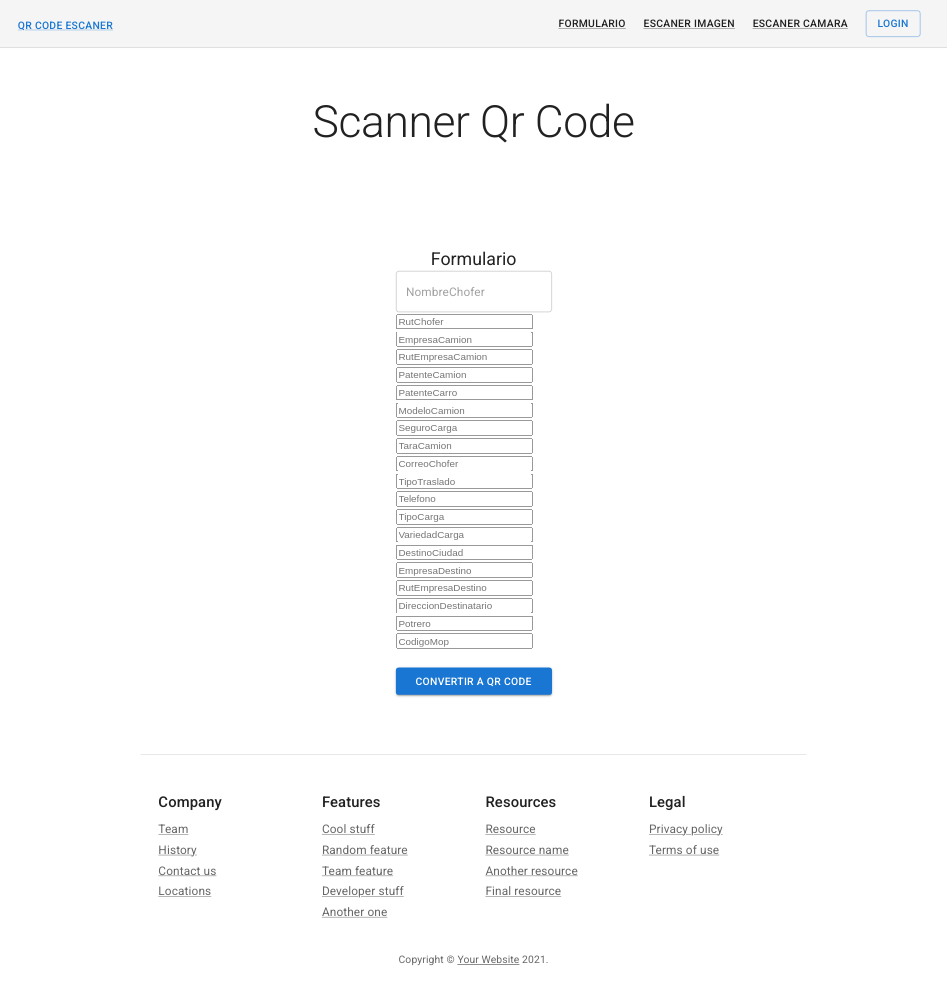
Repository: FlamesAlejandro/QrCodeForm
Page: /form
An editor plug-in stored every save of this project. The page is shown before and after a run of saves, followed by the edit.
The browser window is 1280 px wide. The pictures show the whole page, at 74% of full size.
The project was rebuilt for these pictures with package versions that can differ from the ones it lists, and the page was loaded fresh each time. Also part of the build but not shown: src/App.css, src/components/pages/ImagenEscaner.js, src/components/pages/CamaraEscaner.js, src/components/pages/Home.js.

Above is the page before, as saved 2021-10-24 08:00:49.

After the next 3 saves:
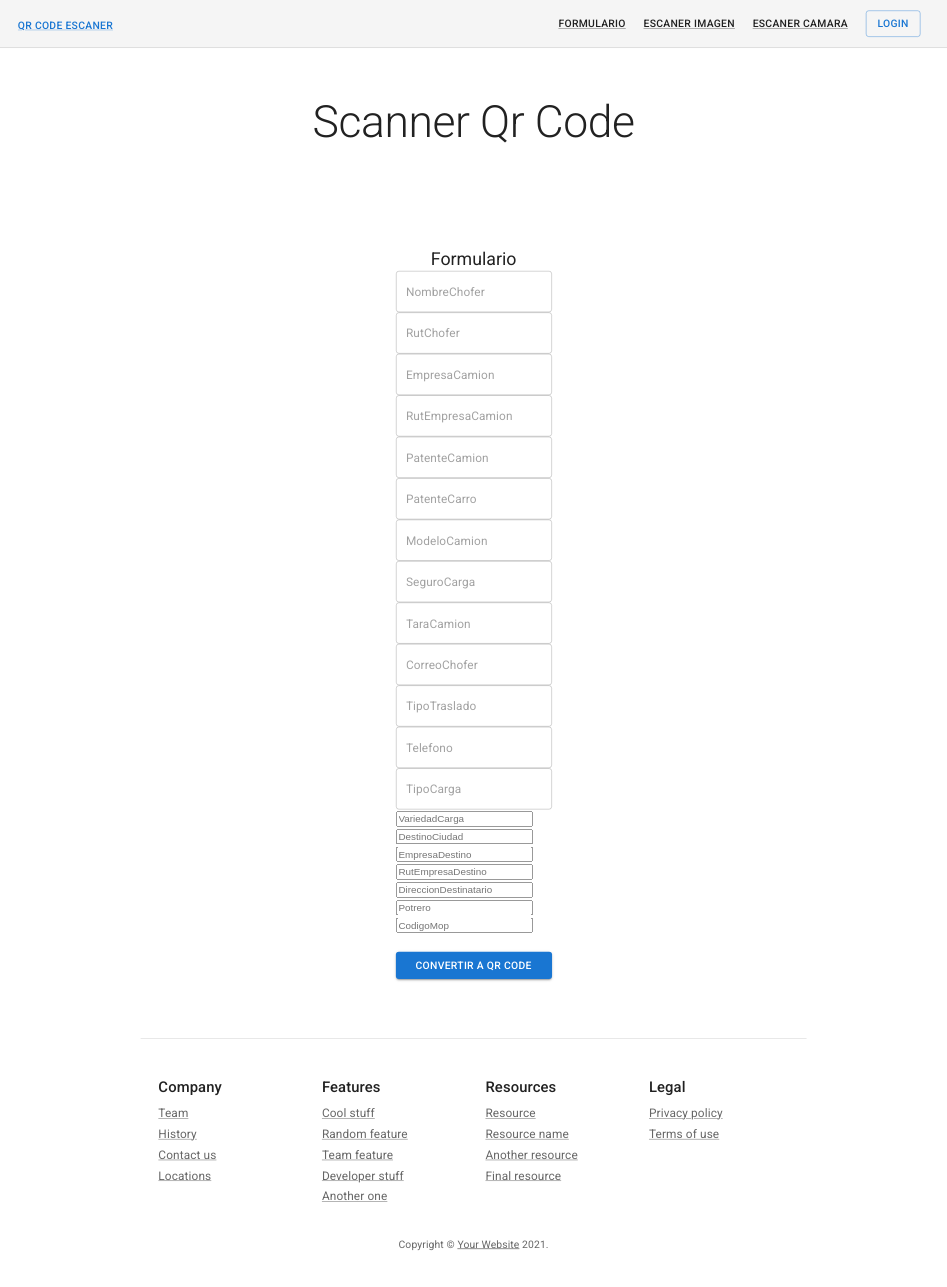
The 3 saves are shown as one change because 1 did not build or start and some came seconds apart.
The last was saved 41 s later.
--- a/src/components/pages/Form.js
+++ b/src/components/pages/Form.js
@@ -50,40 +50,40 @@ export const Form = () => {
                         <TextField type="text" placeholder="NombreChofer" {...register("NombreChofer", {})} />
                     </Grid>
                     <Grid item xs={12} sm={6}>
-                        <input type="text" placeholder="RutChofer" {...register("RutChofer", {})} />
-                    </Grid>
-                    <Grid item xs={12} sm={6}>
-                        <input type="text" placeholder="EmpresaCamion" {...register("EmpresaCamion", {})} />
-                    </Grid>
-                    <Grid item xs={12} sm={6}>
-                        <input type="text" placeholder="RutEmpresaCamion" {...register("RutEmpresaCamion", {})} />
-                    </Grid>
-                    <Grid item xs={12} sm={6}>
-                        <input type="text" placeholder="PatenteCamion" {...register("PatenteCamion", {})} />
-                    </Grid>
-                    <Grid item xs={12} sm={6}>
-                        <input type="text" placeholder="PatenteCarro" {...register("PatenteCarro", {})} />
-                    </Grid>
-                    <Grid item xs={12} sm={6}>
-                        <input type="text" placeholder="ModeloCamion" {...register("ModeloCamion", {})} />
-                    </Grid>
-                    <Grid item xs={12} sm={6}>
-                        <input type="text" placeholder="SeguroCarga" {...register("SeguroCarga", {})} />
-                    </Grid>
-                    <Grid item xs={12} sm={6}>
-                        <input type="text" placeholder="TaraCamion" {...register("TaraCamion", {})} />
-                    </Grid>
-                    <Grid item xs={12} sm={6}>
-                        <input type="text" placeholder="CorreoChofer" {...register("CorreoChofer", {})} />
-                    </Grid>
-                    <Grid item xs={12} sm={6}>
-                        <input type="text" placeholder="TipoTraslado" {...register("TipoTraslado", {})} />
-                    </Grid>
-                    <Grid item xs={12} sm={6}>
-                        <input type="text" placeholder="Telefono" {...register("Telefono", {})} />
-                    </Grid>
-                    <Grid item xs={12} sm={6}>
-                        <input type="text" placeholder="TipoCarga" {...register("TipoCarga", {})} />
+                        <TextField type="text" placeholder="RutChofer" {...register("RutChofer", {})} />
+                    </Grid>
+                    <Grid item xs={12} sm={6}>
+                        <TextField type="text" placeholder="EmpresaCamion" {...register("EmpresaCamion", {})} />
+                    </Grid>
+                    <Grid item xs={12} sm={6}>
+                        <TextField type="text" placeholder="RutEmpresaCamion" {...register("RutEmpresaCamion", {})} />
+                    </Grid>
+                    <Grid item xs={12} sm={6}>
+                        <TextField type="text" placeholder="PatenteCamion" {...register("PatenteCamion", {})} />
+                    </Grid>
+                    <Grid item xs={12} sm={6}>
+                        <TextField type="text" placeholder="PatenteCarro" {...register("PatenteCarro", {})} />
+                    </Grid>
+                    <Grid item xs={12} sm={6}>
+                        <TextField type="text" placeholder="ModeloCamion" {...register("ModeloCamion", {})} />
+                    </Grid>
+                    <Grid item xs={12} sm={6}>
+                        <TextField type="text" placeholder="SeguroCarga" {...register("SeguroCarga", {})} />
+                    </Grid>
+                    <Grid item xs={12} sm={6}>
+                        <TextField type="text" placeholder="TaraCamion" {...register("TaraCamion", {})} />
+                    </Grid>
+                    <Grid item xs={12} sm={6}>
+                        <TextField type="text" placeholder="CorreoChofer" {...register("CorreoChofer", {})} />
+                    </Grid>
+                    <Grid item xs={12} sm={6}>
+                        <TextField type="text" placeholder="TipoTraslado" {...register("TipoTraslado", {})} />
+                    </Grid>
+                    <Grid item xs={12} sm={6}>
+                        <TextField type="text" placeholder="Telefono" {...register("Telefono", {})} />
+                    </Grid>
+                    <Grid item xs={12} sm={6}>
+                        <TextField type="text" placeholder="TipoCarga" {...register("TipoCarga", {})} />
                     </Grid>
                     <Grid item xs={12} sm={6}>
                         <input type="text" placeholder="VariedadCarga" {...register("VariedadCarga", {})} />
